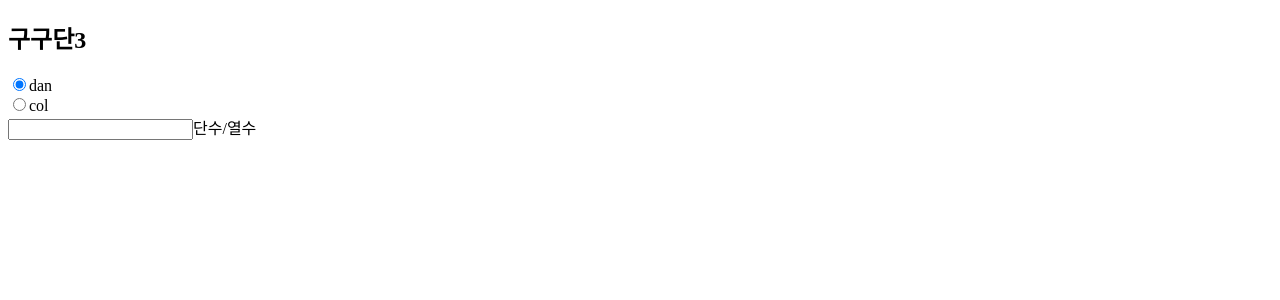
Repository: bluelessman/JSPServlet
Page: http://localhost/ServletStudy/JSPMission/gugudan3.jsp
These files come from the project's save history. The page is drawn as it stood at one moment and after the next save; the edit follows.
The browser window is 1280 px wide. The pictures show the whole page.
The page is served by Tomcat 10. Other server files are loaded and not shown.

Above is the page before, as saved 2023-12-12 03:30:46.

### ServletStudy/src/main/webapp/JSPMission/gugudan3.jsp
<%@ page language="java" contentType="text/html; charset=UTF-8"
    pageEncoding="UTF-8"%>
<!DOCTYPE html>
<html>
<head>
<meta charset="UTF-8">
<title>구구단3</title>
</head>
<body>
<h2>구구단3</h2>
<form method="post" action="gugudanMain.jsp">
<input type="radio" name="type" value="1" checked="checked"/>dan<br/>
<input type="radio" name="type" value="2"/>col<br/>
<input type="number" name="num" value=""/>단수/열수<br/>
</form>
</body>
</html>

After the next save:
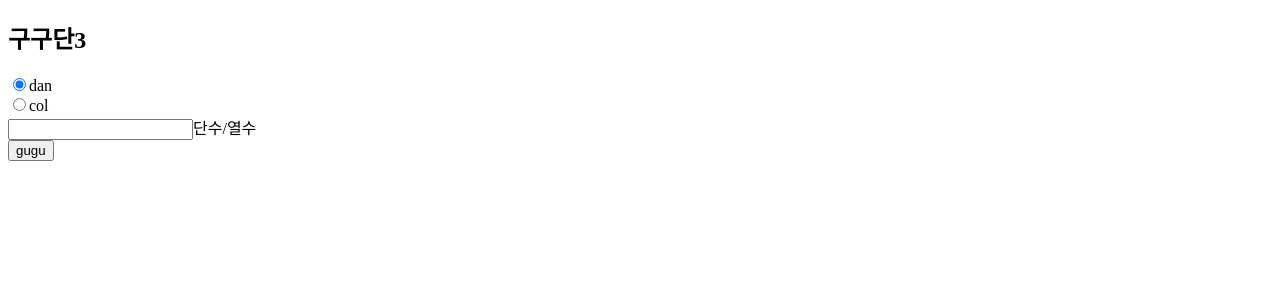
Saved 2 min 7 s later.
--- a/ServletStudy/src/main/webapp/JSPMission/gugudan3.jsp
+++ b/ServletStudy/src/main/webapp/JSPMission/gugudan3.jsp
@@ -12,6 +12,7 @@
 <input type="radio" name="type" value="1" checked="checked"/>dan<br/>
 <input type="radio" name="type" value="2"/>col<br/>
 <input type="number" name="num" value=""/>단수/열수<br/>
+<input type="submit" value="gugu"/>
 </form>
 </body>
 </html>
